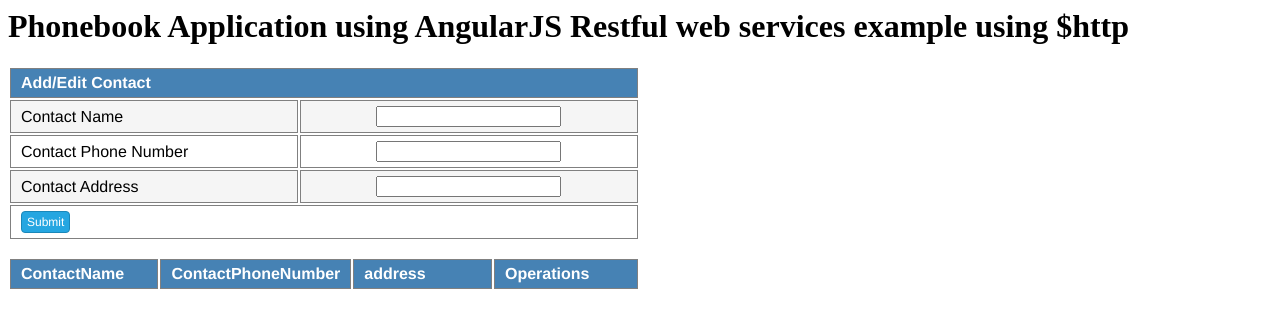
Repository: nagayyaguddadmath/JavaSimpleProjects
Page: simplephonebook/src/main/webapp/CRUDContacts.html
These files come from the project's save history. The page is drawn as it stood at one moment and after the next save; the edit follows.
The browser window is 1280 px wide. The pictures show the whole page.
The page's requests for data from a server got no answer.

Above is the page before, as saved 2017-10-22 11:08:05.

After the next save:
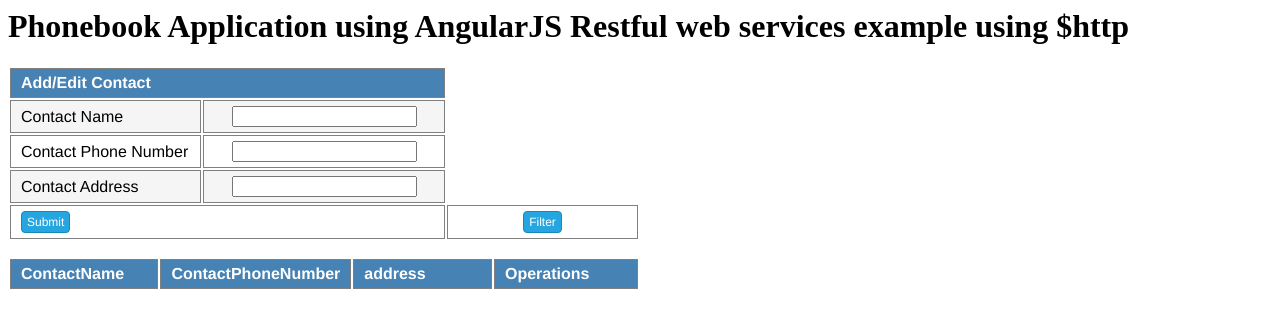
Saved 85 s later.
--- a/simplephonebook/src/main/webapp/CRUDContacts.html
+++ b/simplephonebook/src/main/webapp/CRUDContacts.html
@@ -110,6 +110,8 @@
 				<tr>
 					<td colspan="2"><input type="submit" value="Submit"
 						class="blue-button" /></td>
+					<td colspan="2"><input type="submit" value="Filter"
+						class="blue-button" /></td>
 				</tr>
 			</table>
 		</form>
